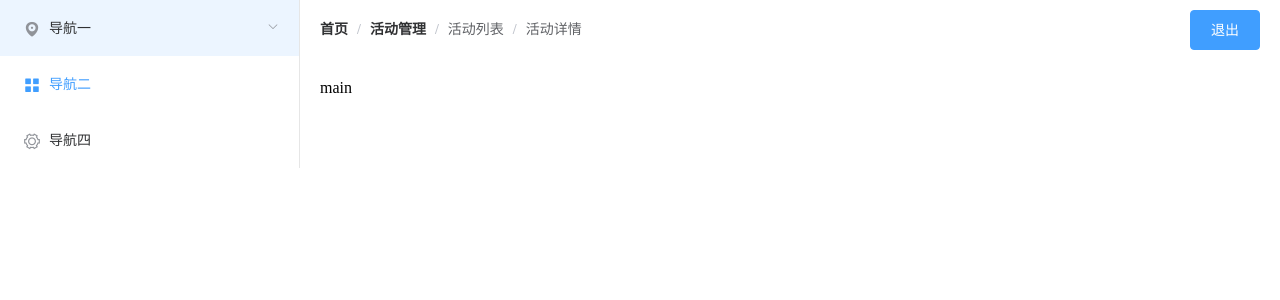
Repository: code1379/vue2-element
Page: / (app in element-admin/)
An editor plug-in stored every save of this project. The page is shown before and after the next save, followed by the edit.
The browser window is 1280 px wide. The pictures show the whole page.
The project was rebuilt for these pictures with package versions that can differ from the ones it lists, and the page was loaded fresh each time. Also part of the build but not shown: element-admin/vue.config.js.

Above is the page before, as saved 2021-06-14 22:20:57.

### element-admin/src/main.js
import Vue from 'vue';
import App from './App.vue';
import router from './router';
import store from './store';
import ElementUI from 'element-ui';
import 'element-ui/lib/theme-chalk/index.css';
import './assets/css/index.css';
import axios from 'axios';

Vue.config.productionTip = false;

Vue.use(ElementUI);

Vue.prototype.$http = axios;

axios.defaults.baseURL = "http://localhost:8889"

new Vue({
  router,
  store,
  render: (h) => h(App)
}).$mount('#app');

### element-admin/src/App.vue
<template>
  <div id="app">
    <router-view />
  </div>
</template>

<style>

</style>

### element-admin/src/router/index.js
import Vue from 'vue'
import VueRouter from 'vue-router'

Vue.use(VueRouter)

const routes = [
  {
    path: '/',
    redirect: "/home"
  },
  {
    path: '/home',
    name: 'Home',
    component: () => import('../views/home/Home.vue')
  },
  {
    path: '/login',
    name: 'Login',
    component: () => import('../views/login/Login.vue')
  }
];

const router = new VueRouter({
  routes
})

export default router

### element-admin/src/views/home/Home.vue
<template>
  <el-container class="home">
    <!-- 左侧导航 -->
    <el-aside class="sidebar" style="width: 300px">
      <!-- 导航 -->
      <el-menu
        default-active="2"
        class="el-menu-vertical-demo"
      >
        <!-- 有子导航，我们使用 el-submenu -->
        <el-submenu index="1">
          <template slot="title">
            <i class="el-icon-location"></i>
            <span>导航一</span>
          </template>
          <el-menu-item-group>
            <template slot="title">分组一</template>
            <el-menu-item index="1-1">选项1</el-menu-item>
            <el-menu-item index="1-2">选项2</el-menu-item>
          </el-menu-item-group>
          <el-menu-item-group title="分组2">
            <el-menu-item index="1-3">选项3</el-menu-item>
          </el-menu-item-group>
          <el-submenu index="1-4">
            <template slot="title">选项4</template>
            <el-menu-item index="1-4-1">选项1</el-menu-item>
          </el-submenu>
        </el-submenu>
        <!-- 没有子导航，我们使用 el-menu-item -->
        <el-menu-item index="2">
          <i class="el-icon-menu"></i>
          <span slot="title">导航二</span>
        </el-menu-item>
        <el-menu-item index="4">
          <i class="el-icon-setting"></i>
          <span slot="title">导航四</span>
        </el-menu-item>
      </el-menu>
    </el-aside>
    <!-- 右侧 -->
    <el-container>
      <el-header class="header">
        <!-- 面包屑 -->
        <el-breadcrumb separator="/">
          <el-breadcrumb-item :to="{ path: '/' }">首页</el-breadcrumb-item>
          <el-breadcrumb-item><a href="/">活动管理</a></el-breadcrumb-item>
          <el-breadcrumb-item>活动列表</el-breadcrumb-item>
          <el-breadcrumb-item>活动详情</el-breadcrumb-item>
        </el-breadcrumb>
        <!-- 退出 -->
        <el-button type="primary" class="exit" @click="logout">退出</el-button>
      </el-header>
      <!-- 主题展示区域，路由不同，展示不同 -->
      <el-main>main</el-main>
    </el-container>
  </el-container>
</template>

<script>
export default {
  name: "Home",
  methods: {
    logout() {
      // TODO 1. 清除存储信息
      sessionStorage.removeItem("token");
      sessionStorage.removeItem("username");
      sessionStorage.removeItem("id");
      // TODO 2. 跳转到登录页面
      this.$router.push("/login");
    },
  },
};
</script>

<style  scoped>
.home {
  height: 100vh;
}
.header {
  display: flex;
  justify-content: space-between;
  align-items: center;
}
</style>

Loaded but not shown: element-admin/public/index.html (common file); element-admin/src/store/index.js (common file); element-admin/src/assets/css/index.css (common file); element-admin/src/assets/css/reset.css (common file)

After the next save:
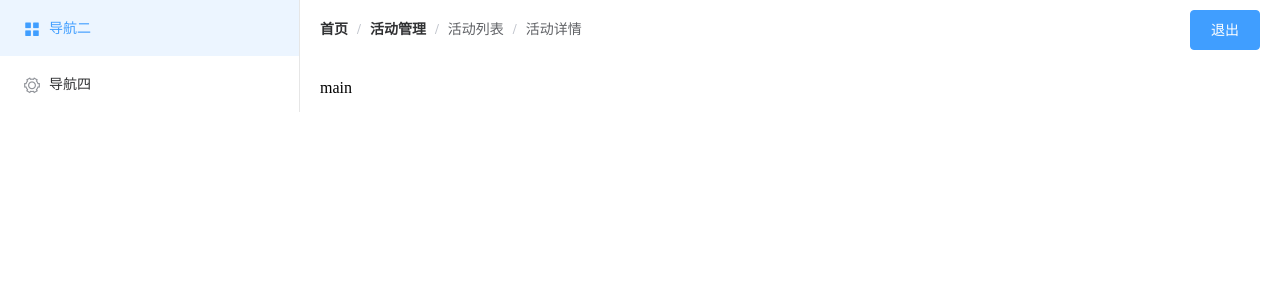
Saved 34 s later.
--- a/element-admin/src/views/home/Home.vue
+++ b/element-admin/src/views/home/Home.vue
@@ -8,24 +8,6 @@
         class="el-menu-vertical-demo"
       >
         <!-- 有子导航，我们使用 el-submenu -->
-        <el-submenu index="1">
-          <template slot="title">
-            <i class="el-icon-location"></i>
-            <span>导航一</span>
-          </template>
-          <el-menu-item-group>
-            <template slot="title">分组一</template>
-            <el-menu-item index="1-1">选项1</el-menu-item>
-            <el-menu-item index="1-2">选项2</el-menu-item>
-          </el-menu-item-group>
-          <el-menu-item-group title="分组2">
-            <el-menu-item index="1-3">选项3</el-menu-item>
-          </el-menu-item-group>
-          <el-submenu index="1-4">
-            <template slot="title">选项4</template>
-            <el-menu-item index="1-4-1">选项1</el-menu-item>
-          </el-submenu>
-        </el-submenu>
         <!-- 没有子导航，我们使用 el-menu-item -->
         <el-menu-item index="2">
           <i class="el-icon-menu"></i>
